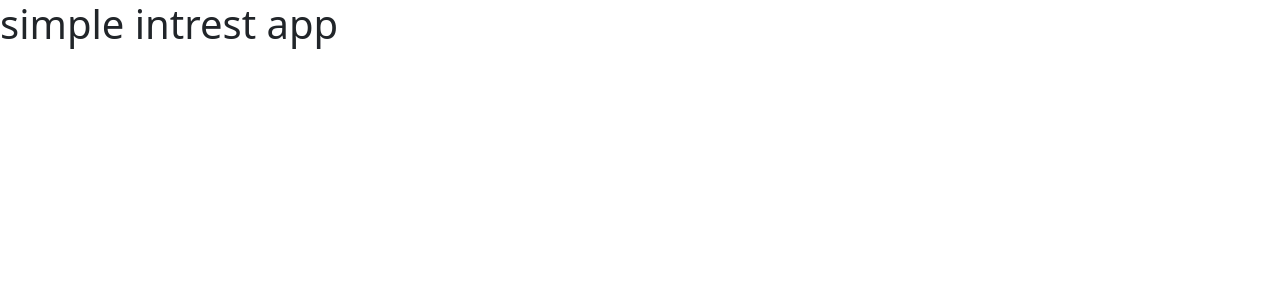
Repository: Afraz13/simple-intrest
Page: /
An editor plug-in stored every save of this project. The page is shown before and after the next save, followed by the edit.
The browser window is 1280 px wide. The pictures show the whole page.
The project was rebuilt for these pictures with package versions that can differ from the ones it lists, and the page was loaded fresh each time. Also part of the build but not shown: src/index.css, src/App.css.

Above is the page before, as saved 2024-07-15 20:14:13.

### public/index.html
<!DOCTYPE html>
<html lang="en">
  <head>
    <meta charset="utf-8" />

    <meta name="viewport" content="width=device-width, initial-scale=1" />
    <link href="https://cdn.jsdelivr.net/npm/bootstrap@5.3.3/dist/css/bootstrap.min.css" rel="stylesheet" integrity="sha384-QWTKZyjpPEjISv5WaRU9OFeRpok6YctnYmDr5pNlyT2bRjXh0JMhjY6hW+ALEwIH" crossorigin="anonymous">

    <title>Simple Intrest</title>
  </head>
  <body>

    <div id="root"></div>

  </body>
</html>

### src/App.js

import './App.css';

function App() {
  return (
    <div className="App">
      <h1>simple intrest app</h1>
    </div>
  );
}

export default App;

Loaded but not shown: src/index.js (common file)

After the next save:
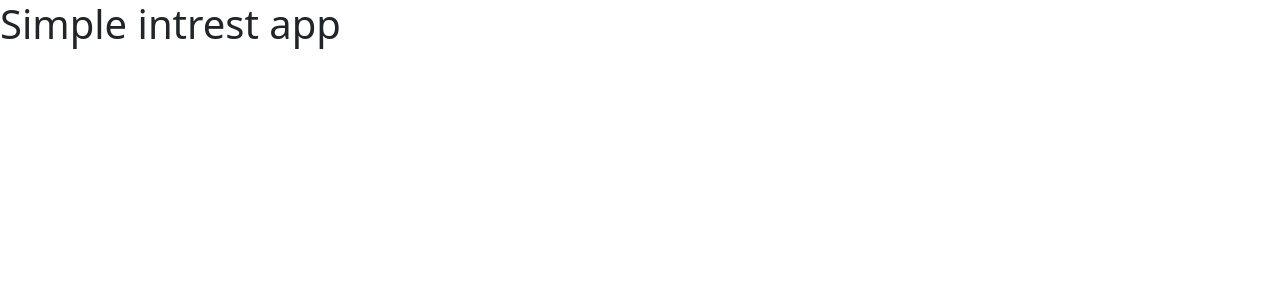
Saved 19 s later.
--- a/src/App.js
+++ b/src/App.js
@@ -4,7 +4,7 @@ import './App.css';
 function App() {
   return (
     <div className="App">
-      <h1>simple intrest app</h1>
+      <h1>Simple intrest app</h1>
     </div>
   );
 }
